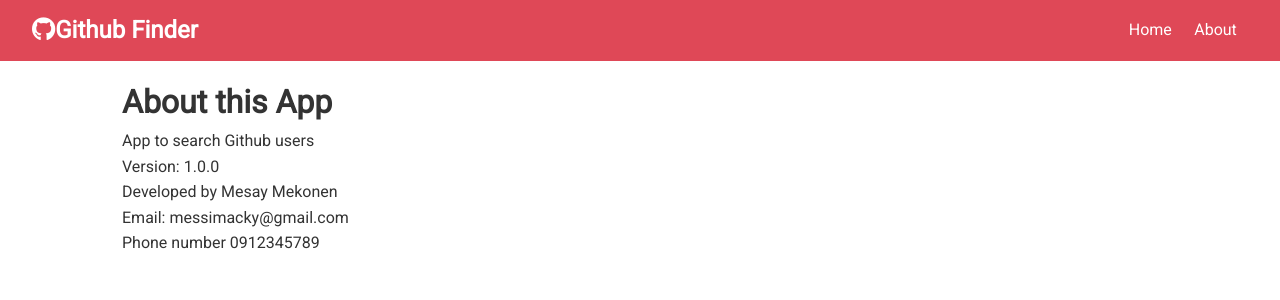
Repository: messimacky/github-finder
Page: /about
These files come from the project's save history. The page is drawn as it stood at one moment and after the next save; the edit follows.
The browser window is 1280 px wide. The pictures show the whole page.
Some web libraries are served in a nearby version. The project was rebuilt for these pictures with package versions that can differ from the ones it lists, and the page was loaded fresh each time. Also part of the build but not shown: src/users/UserItem.js, src/components/layout/Spinner.js, src/users/Users.js, src/users/User.js, src/users/Search.js, src/components/layout/Alert.js.

Above is the page before, as saved 2022-02-27 15:08:39.

### public/index.html
<!DOCTYPE html>
<html lang="en">
  <head>
    <meta charset="utf-8" />
    <link rel="icon" href="%PUBLIC_URL%/favicon.ico" />
    <meta name="viewport" content="width=device-width, initial-scale=1" />
    <meta name="theme-color" content="#000000" />
    <meta
      name="description"
      content="Web site created using create-react-app"
    />
    <link rel="apple-touch-icon" href="%PUBLIC_URL%/logo192.png" />

    <link rel="manifest" href="%PUBLIC_URL%/manifest.json" />

    <link
    rel="stylesheet"
    href="https://use.fontawesome.com/releases/v5.8.2/css/all.css"
    integrity="sha384-oS3vJWv+0UjzBfQzYUhtDYW+Pj2yciDJxpsK1OYPAYjqT085Qq/1cq5FLXAZQ7Ay"
    crossorigin="anonymous"
  />

    <title>React App</title>
  </head>
  <body>
    <noscript>You need to enable JavaScript to run this app.</noscript>
    <div id="root"></div>
  </body>
</html>

### src/App.js
import React, { Fragment, Component } from 'react';
import { BrowserRouter as Router, Switch, Route } from 'react-router-dom';
import Navbar from './components/layout/Navbar';
import Users from './users/Users';
import User from './users/User';
import Search from './users/Search';
import Alert from './components/layout/Alert';
import About from './components/pages/About';
import axios from 'axios';
import './App.css';

class App extends React.Component {
  state = {
    users: [],
    user: {},
    loading: false,
    alert: null
  }

  // async componentDidMount() {
  // this.setState({ loading: true });

  // const res = await axios.get(
  // `https://api.github.com/users?client_id=$
  // {process.env.REACT_APP_GITHUB_CLIENT_ID
  // }&client_secret=${process.env.REACT_APP_GITHUB_CLIENT_SECRET}`
  // );

  // this.setState({ users: res.data, loading: false });
  // }

  //Search Github users
  searchUsers = async text => {
    this.setState({ loading: true })

    const res = await axios.get(
      `https://api.github.com/search/users?q=${text}&client_id=${process.env.REACT_APP_GITHUB_CLIENT_ID
      }&client_secret=${process.env.REACT_APP_GITHUB_CLIENT_SECRET}`
    );

    this.setState({ users: res.data.items, loading: false });
  };


  //Get single Github user
  getUser = async (username) => {
    this.setState({ loading: true })

    const res = await axios.get(
      `https://api.github.com/users/${username}?client_id=${process.env.REACT_APP_GITHUB_CLIENT_ID
      }&client_secret=${process.env.REACT_APP_GITHUB_CLIENT_SECRET}`
    );

    this.setState({ user: res.data, loading: false });

  }

  //Clear users from state

  clearUsers = () => this.setState({ users: [], loading: false });

  //Set Alert

  setAlert = (msg, type) => {
    this.setState({ alert: { msg, type } });

    setTimeout(() => this.setState({ alert: null }), 5000)
  };

  render() {
    const { users, user, loading } = this.state;
    // const numbers = [1, 2, 3, 4];



    return (
      <Router>

        <div className='App'>
          <Navbar />
          <div className="container">
            <Alert alert={this.state.alert} />
            <Switch>
              <Route
                exact path='/'
                render={props => (
                  <Fragment>
                    <Search
                      searchUsers={this.searchUsers}
                      clearUsers={this.clearUsers}
                      showClear={users.length > 0 ? true : false}
                      setAlert={this.setAlert}
                    />
                    <Users loading={loading} users={users} />
                  </Fragment>
                )}

              />
              <Route exact path='/about' component={About} />
              <Route exact path='/user/:login' render={props => (
                <User {...props} getUser={this.getUser} user={user} loading={loading} />
              )} />
            </Switch>


          </div>
        </div>
      </Router>

    );
  }

}

export default App;

### src/components/layout/Navbar.js
import React from 'react'
import PropTypes from 'prop-types';
import { Link } from 'react-router-dom';

const Navbar = ({ icon, title }) => {
  return (
    <nav className='navbar bg-primary'>
      <h1>
        <i className={icon} />
        {title}

      </h1>

      <ul>
        <li>
          <Link to='/'>Home</Link>
        </li>
        <li>
          <Link to='/about'>About</Link>
        </li>

      </ul>
    </nav>
  );
}

Navbar.defaultProps = {
  title: "Github Finder",
  icon: "fab fa-github"
}

Navbar.propTypes = {
  title: PropTypes.string.isRequired,
  icon: PropTypes.string.isRequired
};
export default Navbar

### src/components/pages/About.js
import React, { Fragment } from 'react';

const About = () => {
    return (
        <Fragment>
            <h1> About this App</h1>
            <p>App to search Github users</p>
            <p>Version: 1.0.0</p>
            <p>Developed by Mesay Mekonen</p>
            <p>Email: messimacky@gmail.com</p>
            <p>Phone number 0912345789</p>
        </Fragment>
    );
};

export default About;

### src/App.css
@import url("https://fonts.googleapis.com/css?family=Roboto");

/* Global Styles */
:root {
  --primary-color: #dc3545;;
  --dark-color: #333333;
  --light-color: #f4f4f4;
  --danger-color: #dc3545;
  --success-color: #28a745;
}

* {
  box-sizing: border-box;
  margin: 0;
  padding: 0;
}

body {
  font-family: "Roboto", sans-serif;
  font-size: 1rem;
  line-height: 1.6;
  background-color: #fff;
  color: #333;
}

a {
  color: var(--primary-color);
  text-decoration: none;
}

a:hover {
  color: #666;
}

ul {
  list-style: none;
}

img {
  width: 100%;
}

/* Utilities */
.container {
  max-width: 1100px;
  margin: auto;
  overflow: hidden;
  padding: 0 2rem;
}

/* Text Styles*/
.x-large {
  font-size: 4rem;
  line-height: 1.2;
  margin-bottom: 1rem;
}

.large {
  font-size: 3rem;
  line-height: 1.2;
  margin-bottom: 1rem;
}

.lead {
  font-size: 1.5rem;
  margin-bottom: 1rem;
}

.text-center {
  text-align: center;
}

.text-primary {
  color: var(--primary-color);
}

.text-dark {
  color: var(--dark-color);
}

.text-success {
  color: var(--success-color);
}

.text-danger {
  color: var(--danger-color);
}

.text-center {
  text-align: center;
}

.text-right {
  text-align: right;
}

.text-left {
  text-align: left;
}

/* Center All */
.all-center {
  display: flex;
  flex-direction: column;
  width: 100%;
  margin: auto;
  justify-content: center;
  align-items: center;
  text-align: center;
}

/* Cards */
.card {
  padding: 1rem;
  border: #ccc 1px dotted;
  margin: 0.7rem 0;
}

/* List */
.list {
  margin: 0.5rem 0;
}

.list li {
  padding-bottom: 0.3rem;
}

/* Padding */
.p {
  padding: 0.5rem;
}
.p-1 {
  padding: 1rem;
}
.p-2 {
  padding: 2rem;
}
.p-3 {
  padding: 3rem;
}
.py {
  padding: 0.5rem 0;
}
.py-1 {
  padding: 1rem 0;
}
.py-2 {
  padding: 2rem 0;
}
.py-3 {
  padding: 3rem 0;
}

/* Margin */
.m {
  margin: 0.5rem;
}
.m-1 {
  margin: 1rem;
}
.m-2 {
  margin: 2rem;
}
.m-3 {
  margin: 3rem;
}
.my {
  margin: 0.5rem 0;
}
.my-1 {
  margin: 1rem 0;
}
.my-2 {
  margin: 2rem 0;
}
.my-3 {
  margin: 3rem 0;
}

/* Grid */
.grid-2 {
  display: grid;
  grid-template-columns: repeat(2, 1fr);
  grid-gap: 1rem;
}

.grid-3 {
  display: grid;
  grid-template-columns: repeat(3, 1fr);
  grid-gap: 1rem;
}

.grid-4 {
  display: grid;
  grid-template-columns: repeat(4, 1fr);
  grid-gap: 1rem;
}

.btn {
  display: inline-block;
  background: var(--light-color);
  color: #333;
  padding: 0.4rem 1.3rem;
  font-size: 1rem;
  border: none;
  cursor: pointer;
  margin-right: 0.5rem;
  transition: opacity 0.2s ease-in;
  outline: none;
}

.btn-link {
  background: none;
  padding: 0;
  margin: 0;
}

.btn-block {
  display: block;
  width: 100%;
}

.btn-sm {
  font-size: 0.8rem;
  padding: 0.3rem 1rem;
  margin-right: 0.2rem;
}

.badge {
  display: inline-block;
  font-size: 0.8rem;
  padding: 0.2rem 0.7rem;
  text-align: center;
  margin: 0.3rem;
  background: var(--light-color);
  color: #333;
  border-radius: 5px;
}

.alert {
  padding: 0.7rem;
  margin: 1rem 0;
  opacity: 0.9;
  background: var(--light-color);
  color: #333;
}

.btn-primary,
.bg-primary,
.badge-primary,
.alert-primary {
  background: var(--primary-color);
  color: #fff;
}

.btn-light,
.bg-light,
.badge-light,
.alert-light {
  background: var(--light-color);
  color: #333;
}

.btn-dark,
.bg-dark,
.badge-dark,
.alert-dark {
  background: var(--dark-color);
  color: #fff;
}

.btn-danger,
.bg-danger,
.badge-danger,
.alert-danger {
  background: var(--danger-color);
  color: #fff;
}

.btn-success,
.bg-success,
.badge-success,
.alert-success {
  background: var(--success-color);
  color: #fff;
}

.btn-white,
.bg-white,
.badge-white,
.alert-white {
  background: #fff;
  color: #333;
  border: #ccc solid 1px;
}

.btn:hover {
  opacity: 0.8;
}

.bg-light,
.badge-light {
  border: #ccc solid 1px;
}

.round-img {
  border-radius: 50%;
}

/* Forms */
input {
  margin: 1.2rem 0;
}

.form-text {
  display: block;
  margin-top: 0.3rem;
  color: #888;
}

input[type="text"],
input[type="email"],
input[type="password"],
input[type="date"],
select,
textarea {
  display: block;
  width: 100%;
  padding: 0.4rem;
  font-size: 1.2rem;
  border: 1px solid #ccc;
}

input[type="submit"],
button {
  font: inherit;
}

table th,
table td {
  padding: 1rem;
  text-align: left;
}

table th {
  background: var(--light-color);
}

/* Navbar */
.navbar {
  display: flex;
  justify-content: space-between;
  align-items: center;
  padding: 0.7rem 2rem;
  z-index: 1;
  width: 100%;
  opacity: 0.9;
  margin-bottom: 1rem;
}

.navbar ul {
  display: flex;
}

.navbar a {
  color: #fff;
  padding: 0.45rem;
  margin: 0 0.25rem;
}

.navbar a:hover {
  color: var(--light-color);
}

.navbar .welcome span {
  margin-right: 0.6rem;
}

/* Mobile Styles */
@media (max-width: 700px) {
  .hide-sm {
    display: none;
  }

  .grid-2,
  .grid-3,
  .grid-4 {
    grid-template-columns: 1fr;
  }

  /* Text Styles */
  .x-large {
    font-size: 3rem;
  }

  .large {
    font-size: 2rem;
  }

  .lead {
    font-size: 1rem;
  }

  /* Navbar */
  .navbar {
    display: block;
    text-align: center;

  }

  .navbar ul {
    text-align: center;
    justify-content: center;
  }
}

Loaded but not shown: src/index.js (common file)

After the next save:
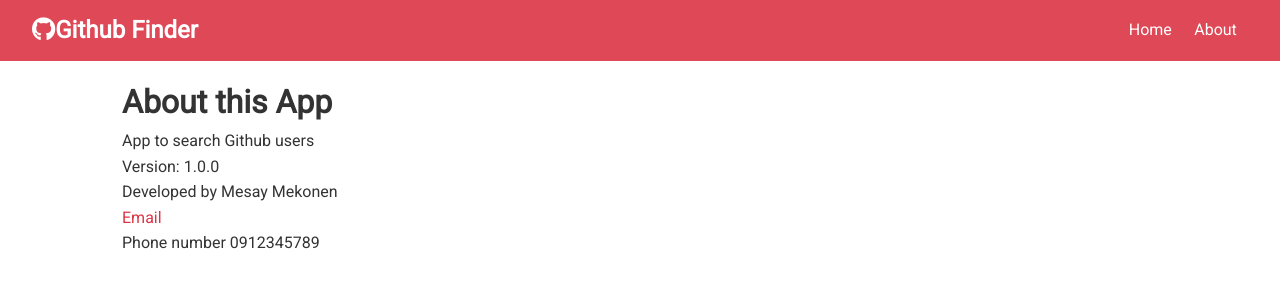
Saved 50 s later.
--- a/src/components/pages/About.js
+++ b/src/components/pages/About.js
@@ -7,7 +7,7 @@ const About = () => {
             <p>App to search Github users</p>
             <p>Version: 1.0.0</p>
             <p>Developed by Mesay Mekonen</p>
-            <p>Email: messimacky@gmail.com</p>
+            <a href="messimacky@gmail.com">Email</a>
             <p>Phone number 0912345789</p>
         </Fragment>
     );
